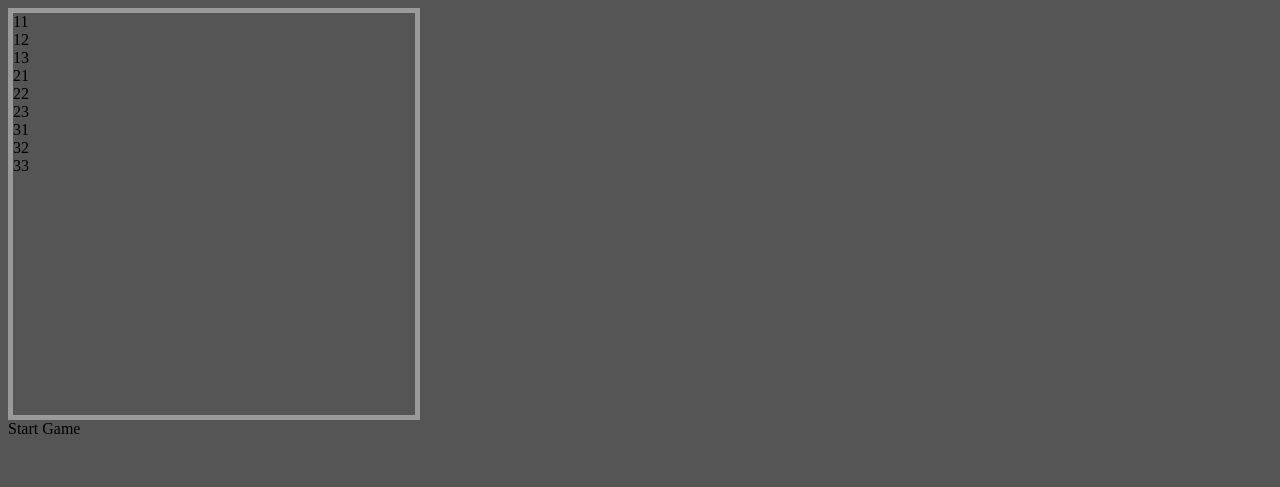
Repository: Izayah60/A-Puzzle-Game-Using-HTML-CSS-and-JavaScript
Page: Puzzle_Game.html
An editor plug-in stored every save of this project. The page is shown before and after the next save, followed by the edit.
The browser window is 1280 px wide. The pictures show the whole page.

Above is the page before, as saved 2022-05-25 15:05:03.

After the next save:
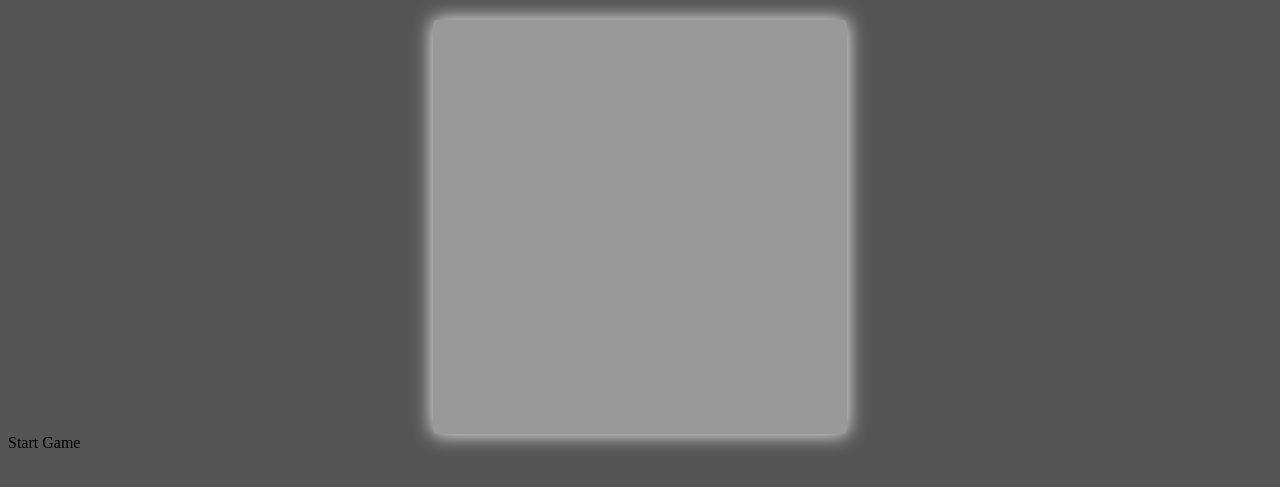
Saved 3 min 59 s later.
--- a/style.css
+++ b/style.css
@@ -6,4 +6,18 @@ body {
     width: 402px;
     height: 402px;
     border: 5px solid #999;
+    border-radius: 5px;
+    display: grid;
+    grid-template-columns: auto auto auto;
+    padding: 1px;
+    margin: auto;
+    margin-top: 20px;
+    background-color: #999;
+    box-shadow: 0px 0px 20px white;
 }
+
+.clks {
+    height: 133px;
+    width: 133px;
+    font-size: 0.1px;
+}
